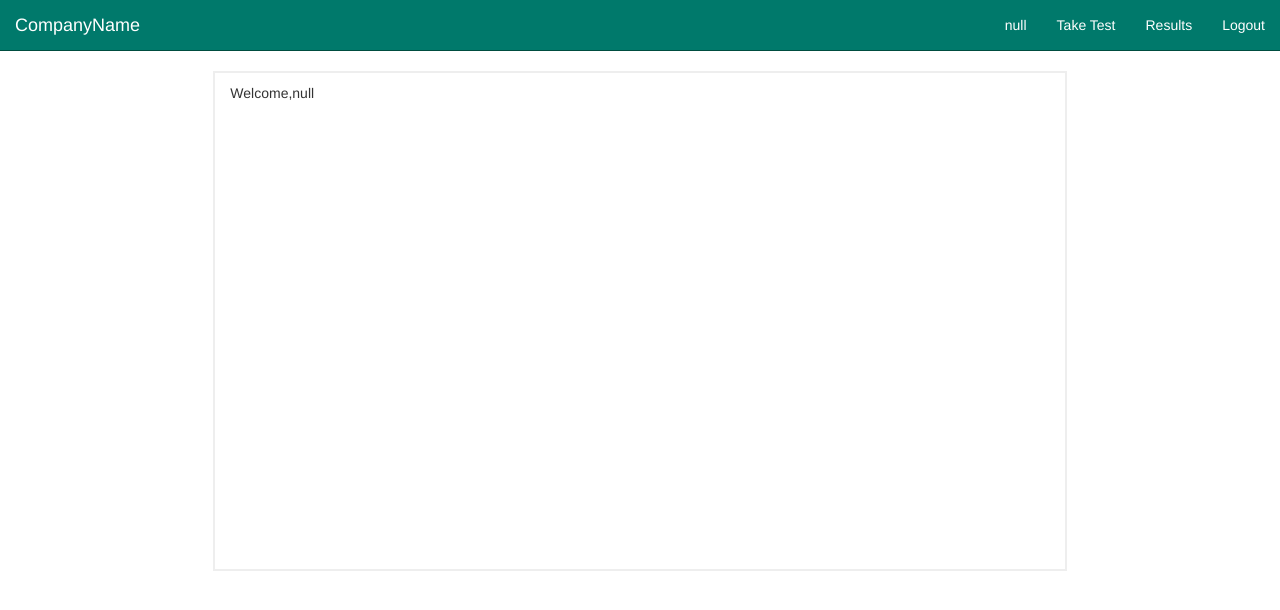
Repository: jayakumar721/projects
Page: http://localhost/TestEngine/dashboard.jsp
An editor plug-in stored every save of this project. The page is shown before and after the next save, followed by the edit.
The browser window is 1280 px wide. The pictures show the whole page.
Some web libraries are served in a nearby version. The page is served by Tomcat 9.

Above is the page before, as saved 2017-11-28 04:02:51.

After the next save:
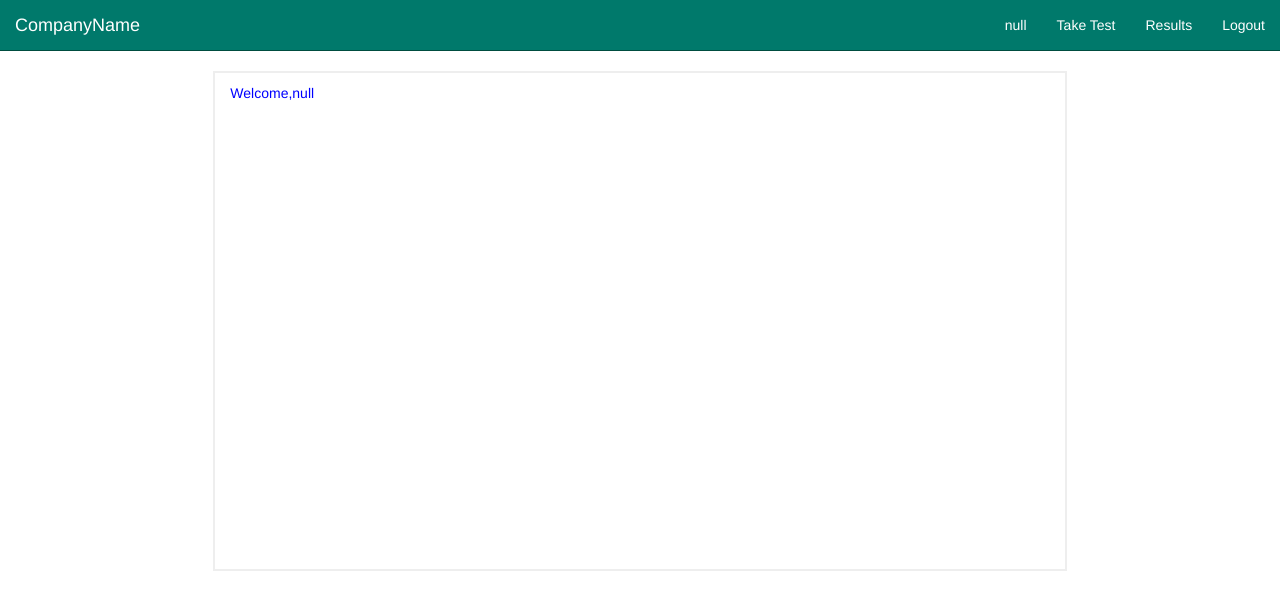
Saved 13 s later.
--- a/TestEngine/WebContent/dashboard.jsp
+++ b/TestEngine/WebContent/dashboard.jsp
@@ -74,7 +74,7 @@ color
 	</div>
 	<div class="col-sm-2"></div>
 	<div class="right col-sm-8">
-		<div style="width:100%;height:20px;text-color:blue;margin-top:10px">Welcome,<%=session.getAttribute("name") %></div>
+		<div style="width:100%;height:20px;color:blue;margin-top:10px">Welcome,<%=session.getAttribute("name") %></div>
 
 
 	</div>
